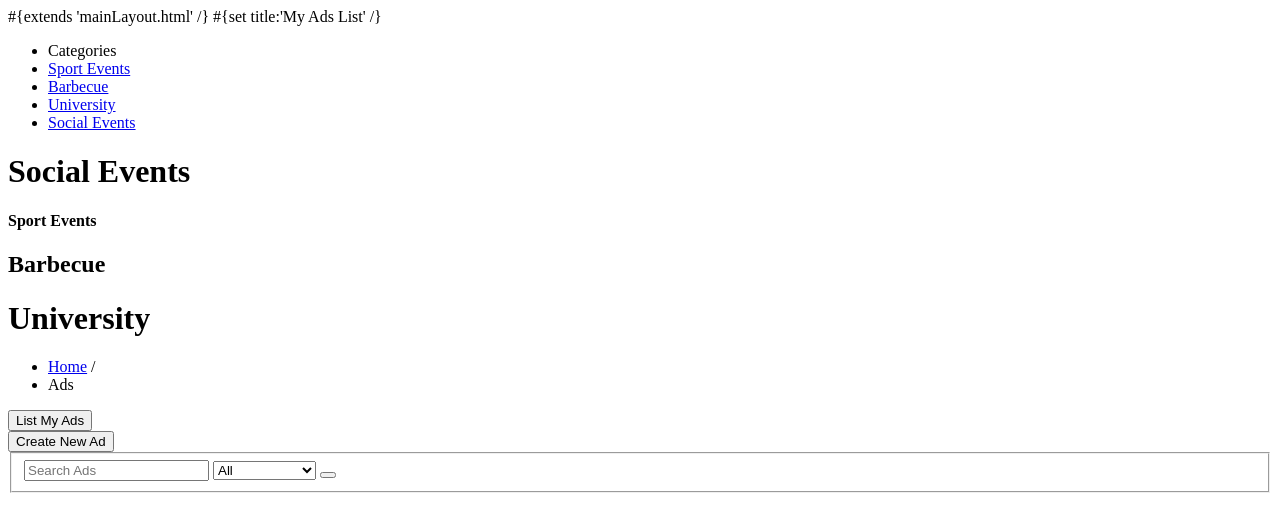
Repository: Maalejm/SEBA
Page: SlifeWebSite/app/views/Ads/index.html
These files come from the project's save history. The page is drawn as it stood at one moment and after the next save; the edit follows.
The browser window is 1280 px wide. The pictures show the whole page.

Above is the page before, as saved 2013-06-15 15:51:29.
Console error: SyntaxError: Invalid or unexpected token

After the next save:
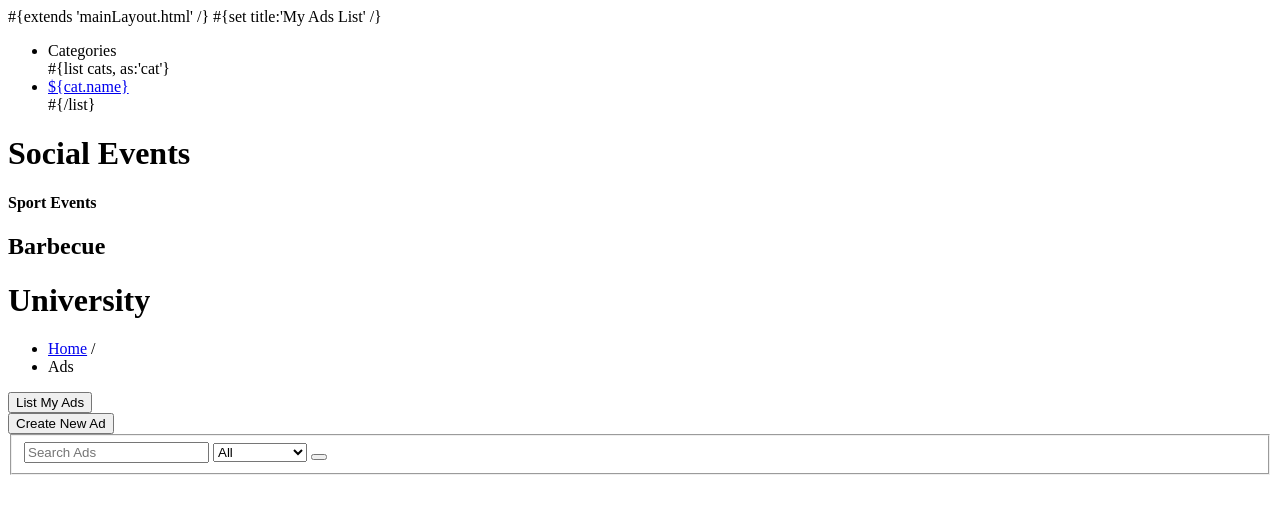
Saved 8 min 0 s later.
--- a/SlifeWebSite/app/views/Ads/index.html
+++ b/SlifeWebSite/app/views/Ads/index.html
@@ -10,11 +10,14 @@
 
                     <ul class="nav nav-list">
                         <li class="nav-header">Categories</li>
-                        <li class="active"><a class="catNav" href="1">Sport Events</a></li>
-                        <li><a class="catNav" href="2">Barbecue</a></li>
-                        <li><a class="catNav" href="3">University</a></li>
-                        <li><a class="catNav" href="4">Social Events</a></li>
 
+                        #{list cats, as:'cat'}
+                         <li
+                         %{ if(cat.id==1) { }%
+                          class="active"
+                         %{ } }%
+                         ><a class="catNav" href="${cat.id}">${cat.name}</a></li>
+                        #{/list}
 
                     </ul>
 
@@ -44,10 +47,9 @@
                                 <input name="search" class="span7" type="text" id="search"  placeholder="Search Ads" >
                                     <select id="category" class="span3">
                                         <option value="0">All</option>
-                                        <option value="1">Sport Events</option>
-                                        <option value="2">Barbecue</option>
-                                        <option value="3">University</option>
-                                        <option value="4">Social Events</option>
+                                        #{list cats, as:'cat'}
+                                        <option value="${cat.id}">${cat.name}</option>
+                                        #{/list}
                                     </select>
 
                                     <button type="submit" class="btn btn-primary"> <i class="icon-search icon-white"></i></button>
